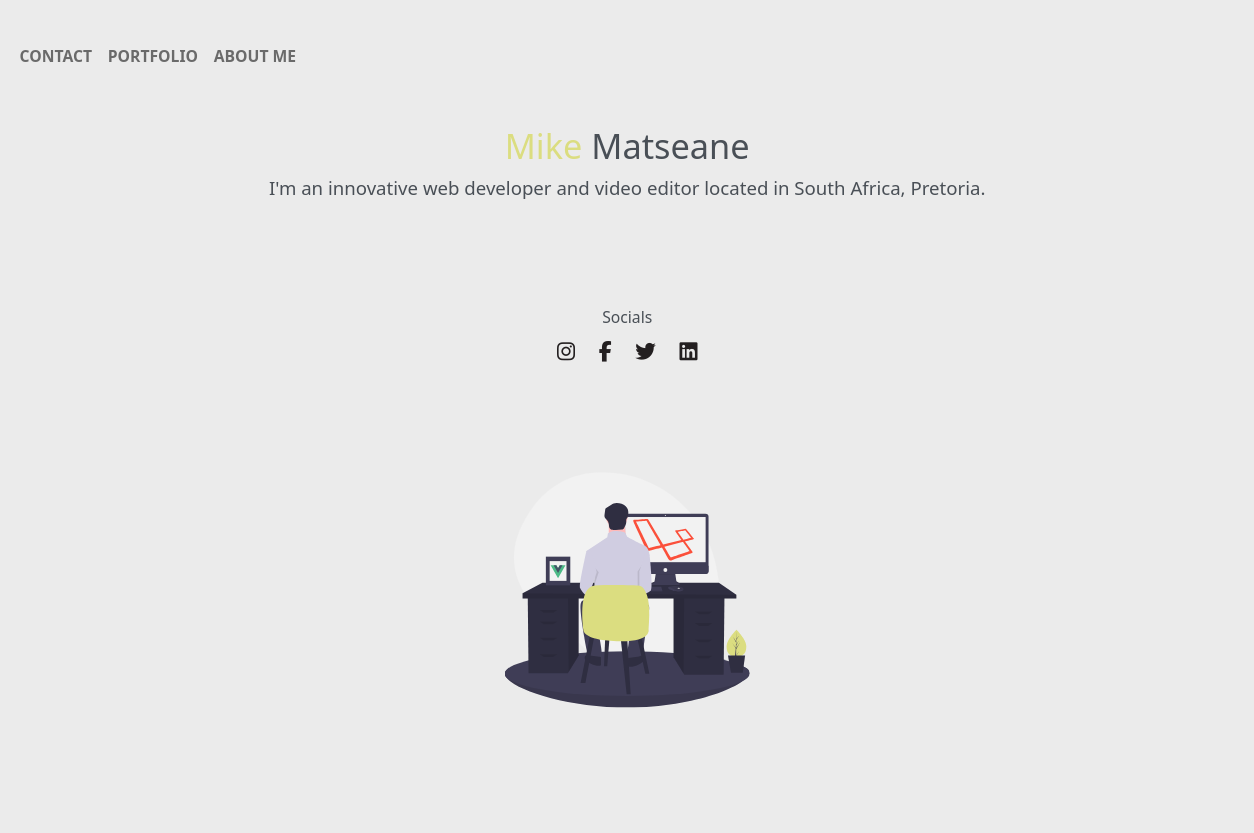
Repository: mikempho/resume10-Final
Page: resume10.html
The author's editor kept a copy of each file at every save. The page is drawn from the files as they stood at one save, then again after the next save.
The browser window is 1280 px wide. The pictures show the whole page, at 98% of full size.
Some web libraries are served in a nearby version.

Above is the page before, as saved 2022-05-16 14:37:54.

### resume10.html
<html lang="en">
<head>
    <meta charset="UTF-8">
    <meta http-equiv="X-UA-Compatible" content="IE=edge">
    <meta name="viewport" content="width=device-width, initial-scale=1.0">
    <title>Mike Matseane</title>
    <!-- CSS only -->
    <link href="https://cdn.jsdelivr.net/npm/bootstrap@5.2.0-beta1/dist/css/bootstrap.min.css" rel="stylesheet" integrity="sha384-0evHe/X+R7YkIZDRvuzKMRqM+OrBnVFBL6DOitfPri4tjfHxaWutUpFmBp4vmVor" crossorigin="anonymous">

    <!-- CSS StyleSheet -->
    <link rel="stylesheet" href="./css/style.css">
</head>
<body>
    <!-- landing Section -->
    <header class="header">

        <!-- navbar section -->
        <nav class="navbar fixed-top navbar-expand-lg">
            <div class="container-fluid justify-content-end">
                <button class="navbar-toggler" type="button" data-bs-toggle="collapse" data-bs-target="#navbarSupportedContent" aria-controls="navbarSupportedContent" aria-expanded="false" aria-label="Toggle navigation">
                    <span class="navbar-toggler-icon"></span>
                </button>
                <div class="collapse navbar-collapse text-center my-4" id="navbarSupportedContent">
                    <ul class="navbar-nav me-auto mb-2 mb-lg-0">
                        <li class="nav-item">
                            <a class="nav-link nav-names" aria-current="page" href="#">Contact</a>
                        </li>
                        <li class="nav-item">
                            <a class="nav-link nav-names" aria-current="page" href="#">Portfolio</a>
                        </li>
                        <li class="nav-item">
                            <a class="nav-link nav-names" aria-current="page" href="#">About Me</a>
                        </li>
                    </ul>
                </div>
            </div>
        </nav>

        <!-- hero section -->
        <div class="container hero">
            <div class="content-box">
                <h1><span>Mike</span> Matseane</h1>
                <p>I'm an innovative web developer and video editor located in South Africa, Pretoria.</p>
                <div class="icon-box">
                    <h6>Socials</h6>
                    <!-- Social Icons -->
                    <a href=""><i class="fa-brands fa-instagram"></i></a>
                    <a href=""><i class="fa-brands fa-facebook-f"></i></a>
                    <a href=""><i class="fa-brands fa-twitter"></i></a>
                    <a href=""><i class="fa-brands fa-linkedin"></i></a>

                </div>
            </div>
            <div class="hero-section-img">
                <img src="./assets/img/undraw_laravel_and_vue_-59-tp.svg" alt="">
            </div>
        </div>
    </header>
    <!-- Font Awesome -->
    <script src="https://kit.fontawesome.com/80b57f53cf.js" crossorigin="anonymous"></script>

    <!-- JavaScript Bundle with Popper -->
    <script src="https://cdn.jsdelivr.net/npm/bootstrap@5.2.0-beta1/dist/js/bootstrap.bundle.min.js" integrity="sha384-pprn3073KE6tl6bjs2QrFaJGz5/SUsLqktiwsUTF55Jfv3qYSDhgCecCxMW52nD2" crossorigin="anonymous"></script>
</body>
</html>

### css/style.css
/* Universal */

body {
    margin: 0;
    box-sizing: border-box;
    color: #494F56;
}

h1 {
    font-size: 35px;
}

p {
    font-size: 19px;
}

span {
    color: #DBDD80;
}

a i:hover {
    color: #DBDD80;
    transition:0.6s;
    transform: translateY(-10px)
}

/* header section*/
.header {
    text-align: center;
    background-color: #EBEBEB;
}

/* navbar */
.nav-names {
    text-transform: uppercase;
    font-weight: bold;
    margin: 5px 0;
}

/* hero section */
.hero {
    padding: 10% 2%;
}

.icon-box {
    margin: 10% 0;
}

.header i {
    font-size: 21px;
    margin: 5px 10px;
    color: #231F20;
    transition:1s;
}


.hero-section-img img {
    width: 250px;
}

After the next save:
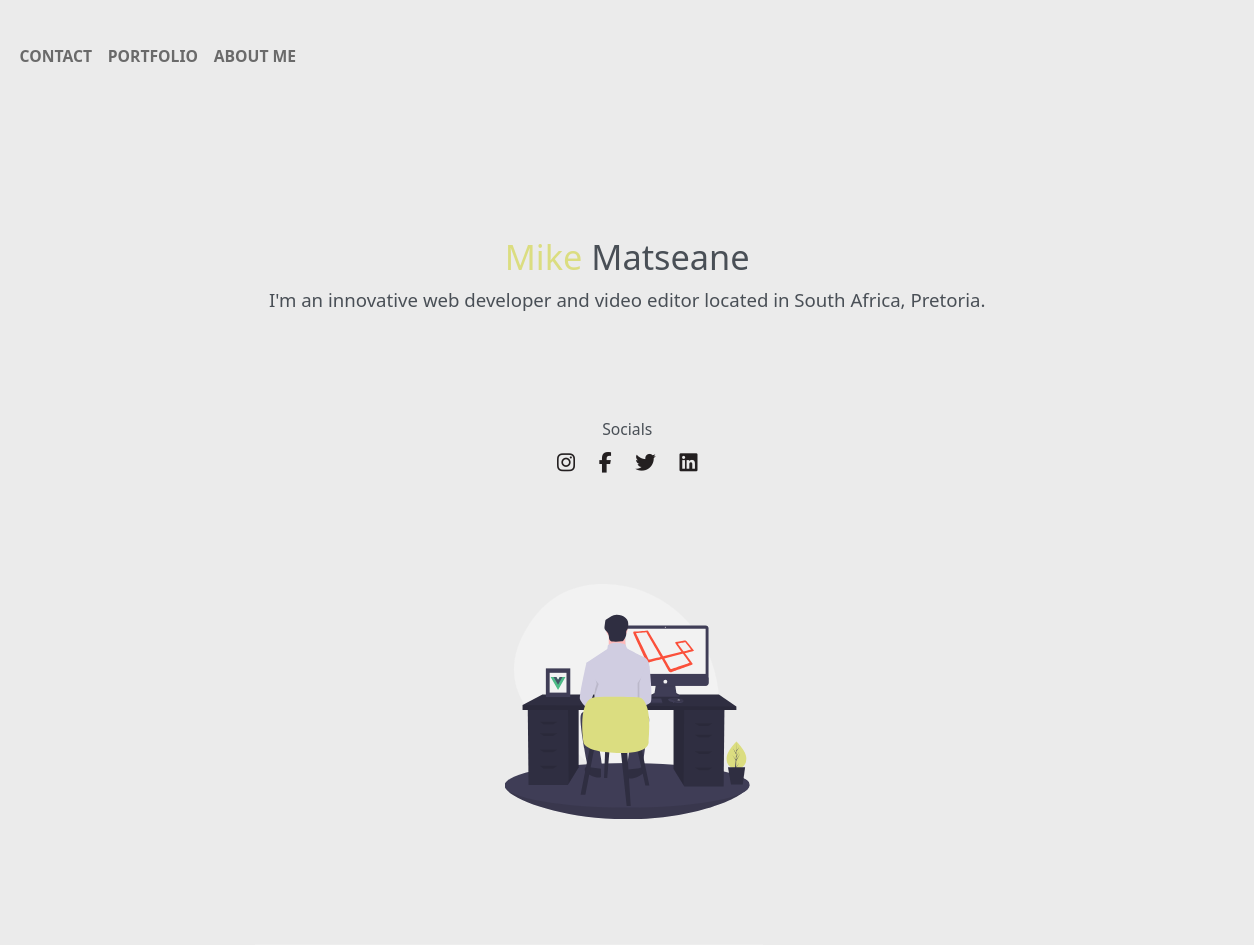
Saved 44 s later.
--- a/resume10.html
+++ b/resume10.html
@@ -15,7 +15,7 @@
     <header class="header">
 
         <!-- navbar section -->
-        <nav class="navbar fixed-top navbar-expand-lg">
+        <nav class="navbar  navbar-expand-lg">
             <div class="container-fluid justify-content-end">
                 <button class="navbar-toggler" type="button" data-bs-toggle="collapse" data-bs-target="#navbarSupportedContent" aria-controls="navbarSupportedContent" aria-expanded="false" aria-label="Toggle navigation">
                     <span class="navbar-toggler-icon"></span>

After the save that followed:
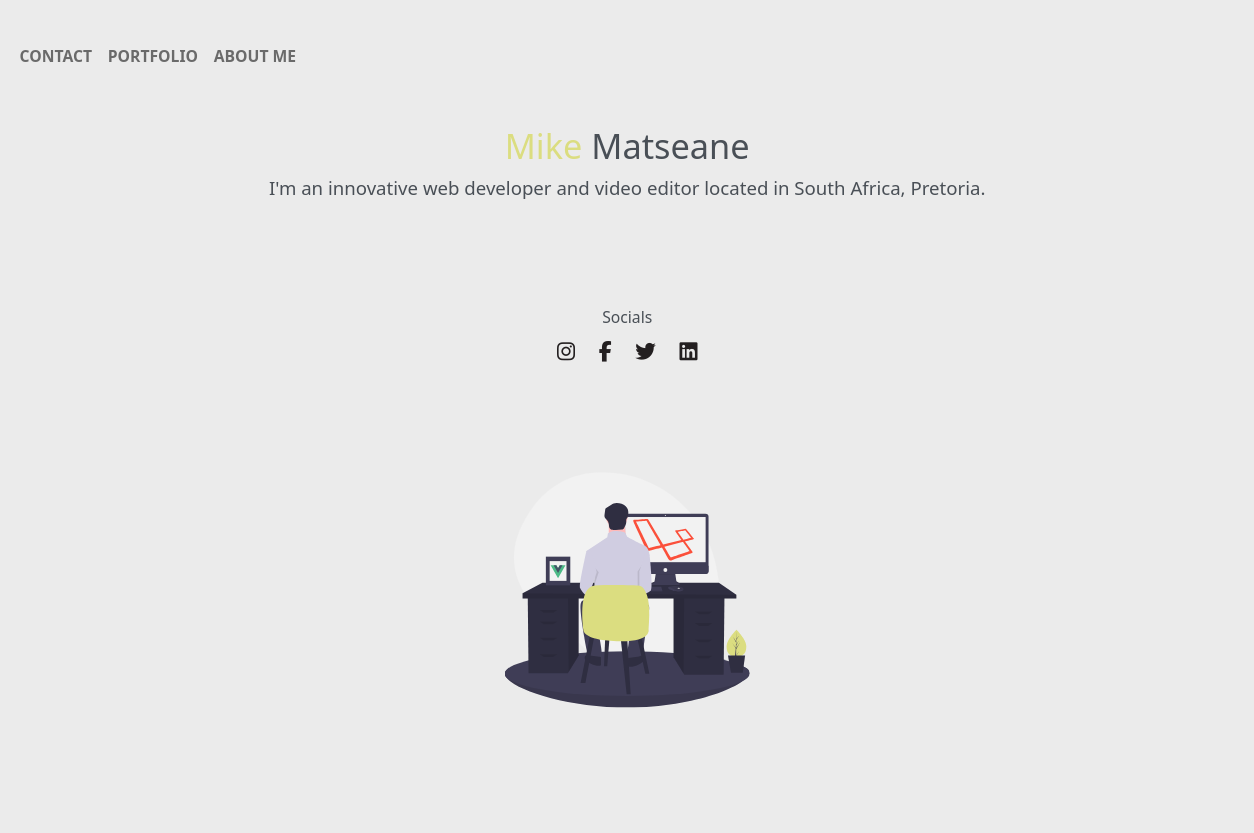
Saved 8 s later.
--- a/resume10.html
+++ b/resume10.html
@@ -15,7 +15,7 @@
     <header class="header">
 
         <!-- navbar section -->
-        <nav class="navbar  navbar-expand-lg">
+        <nav class="navbar fixed-top navbar-expand-lg">
             <div class="container-fluid justify-content-end">
                 <button class="navbar-toggler" type="button" data-bs-toggle="collapse" data-bs-target="#navbarSupportedContent" aria-controls="navbarSupportedContent" aria-expanded="false" aria-label="Toggle navigation">
                     <span class="navbar-toggler-icon"></span>
